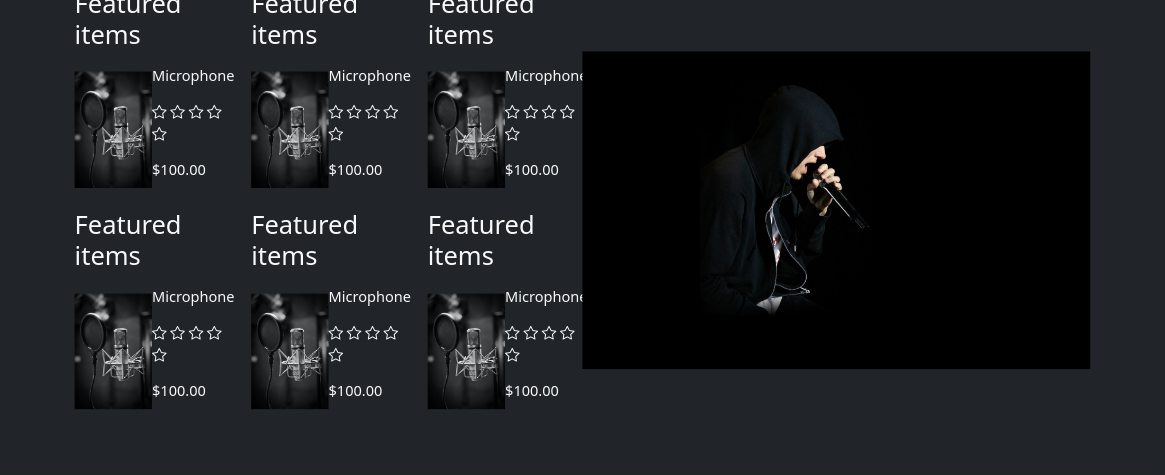
Repository: Eugene44-hub/music-workshop-site
Page: index.html
An editor plug-in stored every save of this project. The page is shown before and after a run of saves, followed by the edit.
The browser window is 1280 px wide. The pictures show the part of the page from y = 1393 to 2491 px (the page is 1915 px tall before and 2491 px after), at 91% of full size.
A picture or video elsewhere on the page could not be fetched, so the positions and the page height are approximate. Some web libraries are served in a nearby version.

Above is the page before, as saved 2021-10-24 14:18:35.

After the next 2 saves:
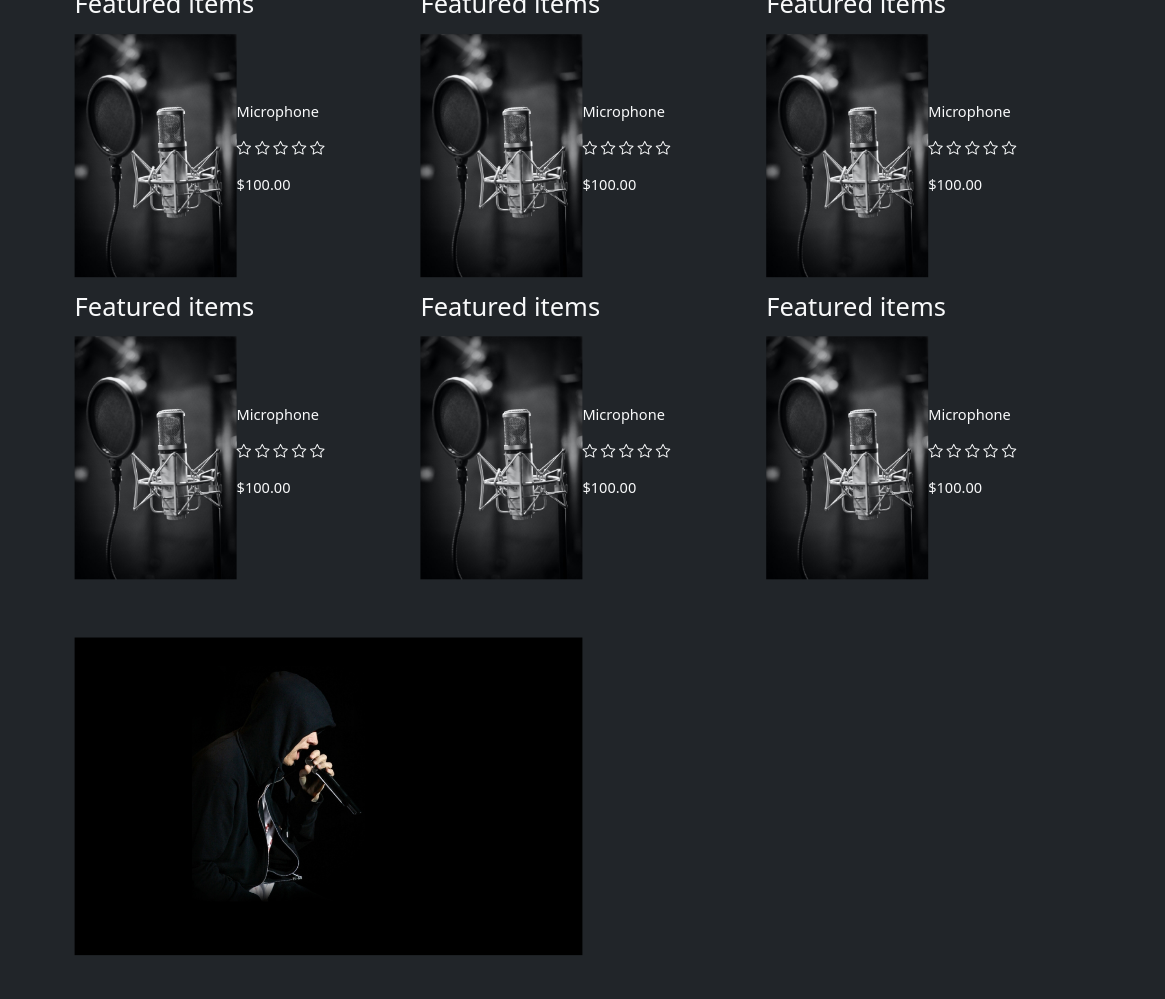
The 2 saves are shown as one change because they came seconds apart.
The last was saved 112 s later.
--- a/index.html
+++ b/index.html
@@ -120,7 +120,7 @@
     <!-- items starts-->
     <section class="text-light">
         <div class="container ">
-            <div class="d-flex align-items-center col pt-5">
+            <div class="d-mflex align-items-center col pt-5">
                 <div class="row col pt-5">
                     <div class="col-md-4 col-7 col-lg-4 m-auto m-md-0 py-3 pt-md-0 ">
                         <h3 class="mb-5 mb-md-3">Featured items</h3>

After the save that followed:
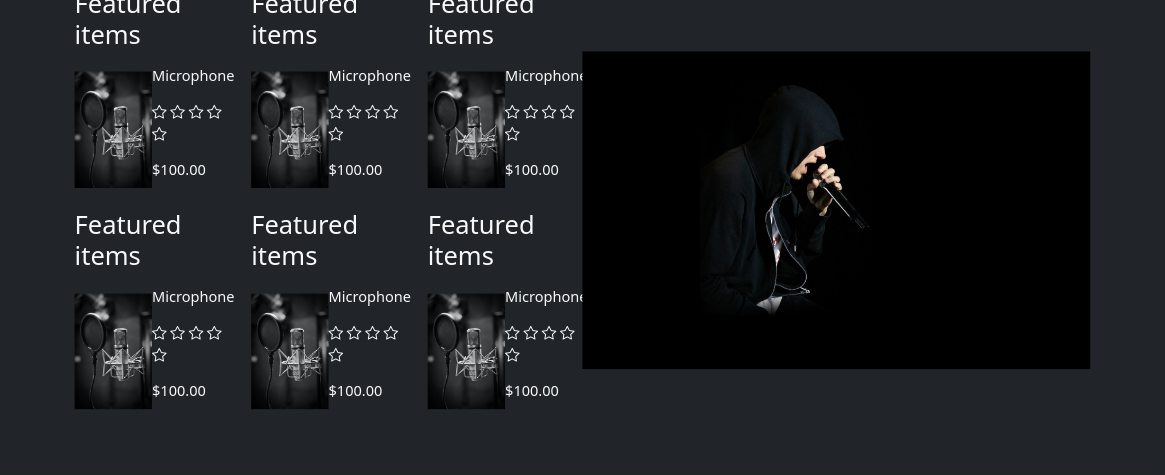
Saved 4 s later.
--- a/index.html
+++ b/index.html
@@ -120,7 +120,7 @@
     <!-- items starts-->
     <section class="text-light">
         <div class="container ">
-            <div class="d-mflex align-items-center col pt-5">
+            <div class="d-md-flex align-items-center col pt-5">
                 <div class="row col pt-5">
                     <div class="col-md-4 col-7 col-lg-4 m-auto m-md-0 py-3 pt-md-0 ">
                         <h3 class="mb-5 mb-md-3">Featured items</h3>
